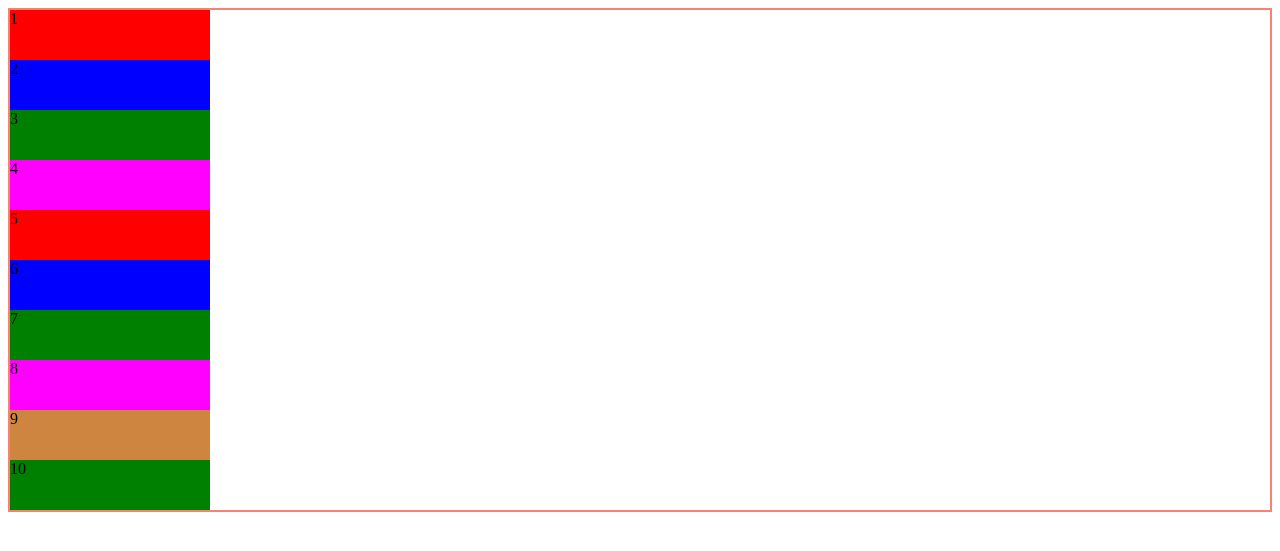
Repository: DinkarRavi/Dinkar_Coding
Page: 22aug24/grid.html
The author's editor kept a copy of each file at every save. The page is drawn from the files as they stood at one save, then again after a run of saves.
The browser window is 1280 px wide. The pictures show the whole page.

Above is the page before, as saved 2024-08-22 15:11:45.

### 22aug24/grid.html
<!DOCTYPE html>
<html lang="en">
<head>
    <meta charset="UTF-8">
    <meta name="viewport" content="width=device-width, initial-scale=1.0">
    <title>Document</title>
    <link rel="stylesheet" href="grid.css">
</head>
<body>

        <div id="parent">
        <div>1</div>
        <div>2</div>
        <div>3</div>
        <div>4</div>
        <div>5</div>
        <div>6</div>
        <div>7</div>
        <div>8</div>
        <div>9</div>
        <div>10</div>

    </div>
</body>
</html>

### 22aug24/grid.css


#parent{
border: 2px solid salmon;

height: 500px;
display: grid;
grid-template-columns: 200px ;
/* grid-template-rows: 200px 200px;  */
/* grid-auto-rows: 50px;
grid-template-columns:100px;  */
grid-auto-flow: row;
}
div{
div:nth-child(1) {
  background: red;
}
div:nth-of-type(2) {
    background: blue;
  }
  div:nth-child(3) {
    background: green;
  }
  div:nth-child(4) {
    background: magenta;
  }
  div:nth-child(5) {
    background: red;
  }
  div:nth-of-type(6) {
      background: blue;
    }
    div:nth-child(7) {
      background: green;
    }
    div:nth-child(8) {
      background: magenta;
    }
    div:nth-child(9) {
        background:peru;
      }
      div:nth-child(10) {
        background: green;}
}

After the next 2 saves:
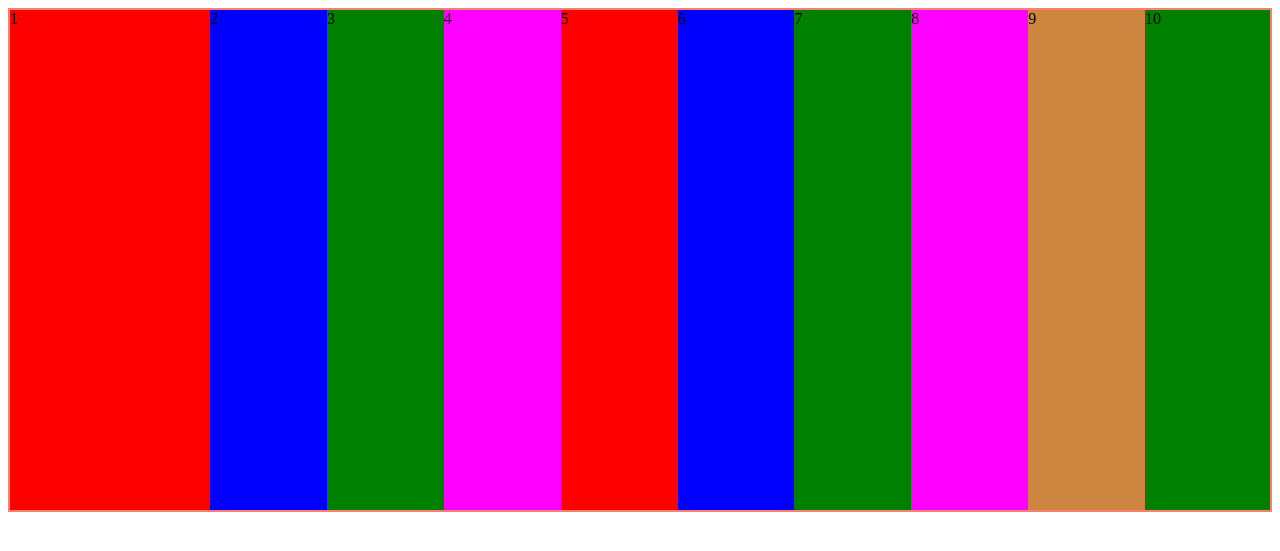
The 2 saves are shown as one change because they came seconds apart.
The last was saved 50 s later.
--- a/22aug24/grid.css
+++ b/22aug24/grid.css
@@ -9,7 +9,7 @@
 /* grid-template-rows: 200px 200px;  */
 /* grid-auto-rows: 50px;
 grid-template-columns:100px;  */
-grid-auto-flow: row;
+grid-auto-flow: column;
 }
 div{
 div:nth-child(1) {
